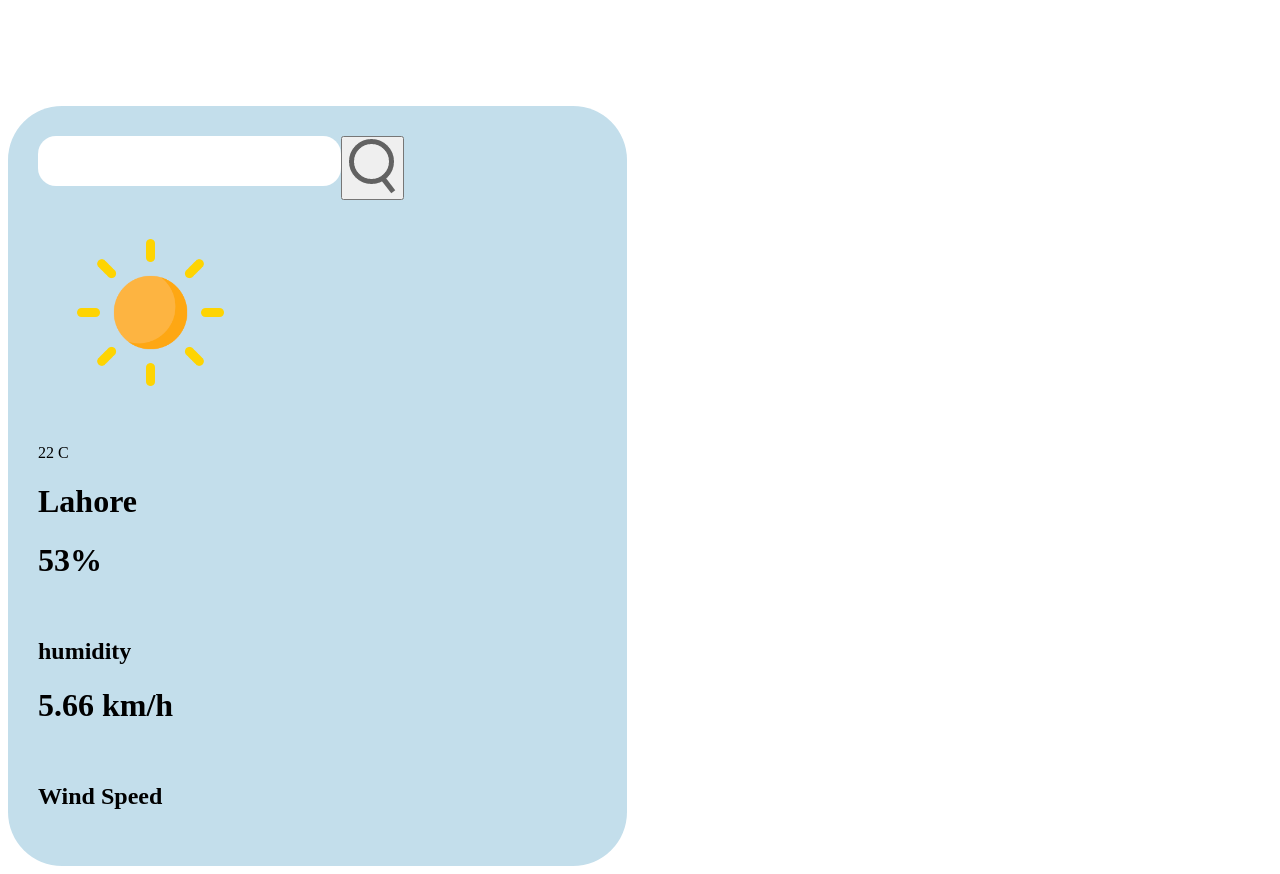
Repository: WajihaGul/Javascripts-Projects
Page: WEATHER APP/index.html
The author's editor kept a copy of each file at every save. The page is drawn from the files as they stood at one save, then again after the next save.
The browser window is 1280 px wide. The pictures show the whole page.

Above is the page before, as saved 2024-06-07 15:19:01.
Not found: WEATHER APP/script.js

### WEATHER APP/index.html
<!DOCTYPE html>
<html>
    <head>
        <meta charset="utf-8">
        <meta http-equiv="X-UA-Compatible" content="IE=edge">
        <title></title>
        <meta name="description" content="">
        <meta name="viewport" content="width=device-width, initial-scale=1">
        <link rel="stylesheet" href="./style.css">
    </head>
    <body>
            <div class="MainDiv">
                <div class="SearchDiv" >
                <input type="search" class="SearchInput">
                <button class="SearchLogo"><img src="/images/search.png" alt="SearchLogo"></button>
            </div>

            <div class="SecDiv">
                <div class="weather">
                <img src="./images/clear.png" alt="weather here">
                </div>
                <div class="temp">
                    <p>22 C</p>
                </div>
                <div class="cityName">
                    <h1>Lahore</h1>
                </div>
                <div class="humidity">
                    <h1>53%</h1>
                    <br>
                    <h2>humidity</h2>
                </div>
                <div class="windSpeed">
                    <h1>5.66 km/h</h1>
                    <br>
                    <h2>Wind Speed</h2>
                </div>
            </div>
        </div>
        <script src="./script.js" async defer></script>
    </body>
</html>

### WEATHER APP/style.css
.MainDiv{
    background-color: #c3deeb;
    /* margin: 0 auto; */
    width: 559px;
    /* display: flex; */
    margin-top: 106px;
    border-radius: 54px;
    height: 700px;
    padding: 30px
}
.SearchInput{
    width: 303px;
    height: 50px;
    border-radius: 18px;
    padding: 10px;
    border-color: transparent;
}
.SearchDiv{
    display: flex;
    flex-direction: row;
}

After the next save:
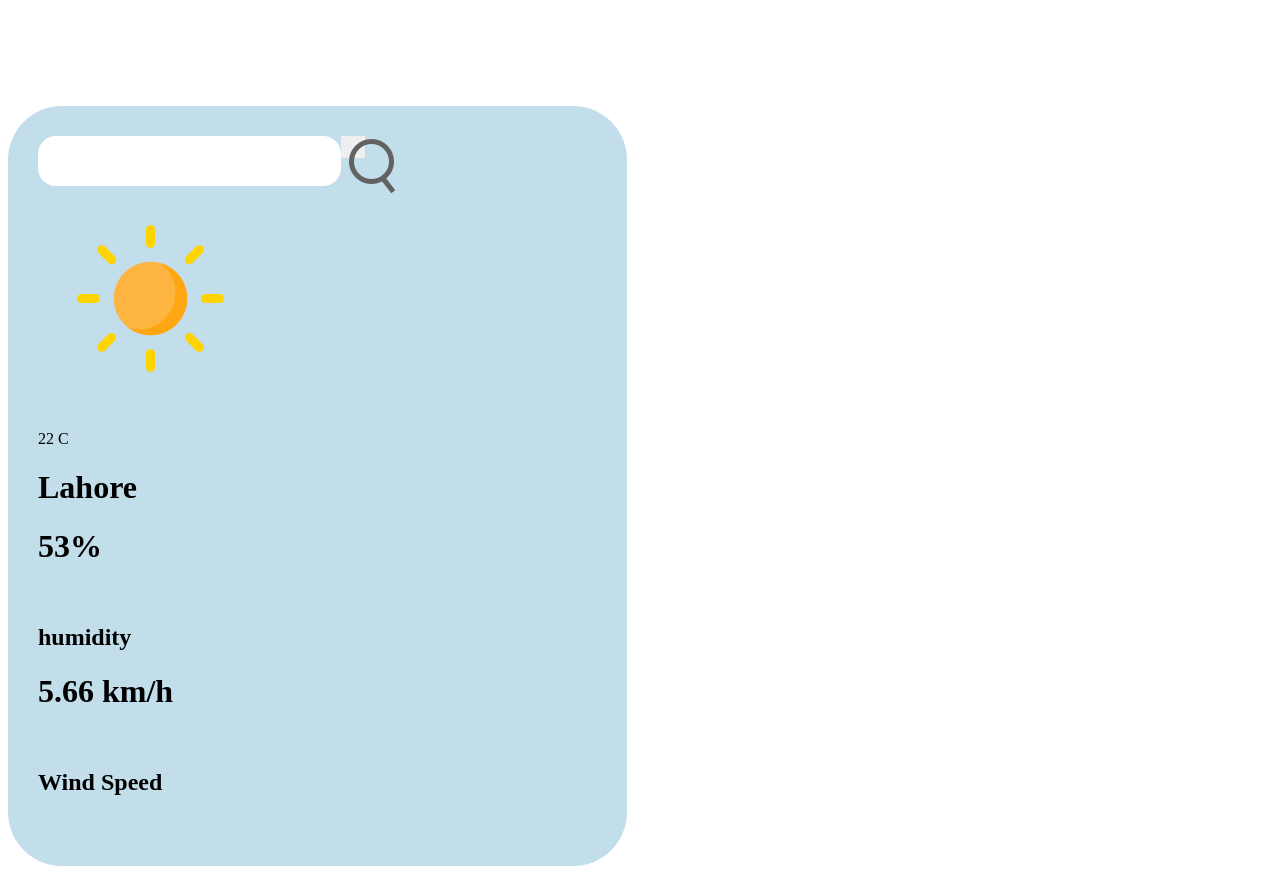
Saved 3 min 20 s later.
--- a/WEATHER APP/style.css
+++ b/WEATHER APP/style.css
@@ -19,3 +19,9 @@
     display: flex;
     flex-direction: row;
 }
+.SearchLogo{
+    height: 22px;
+    /* border-color: transparent; */
+    border-color: transparent;
+    width: 24px;
+}
